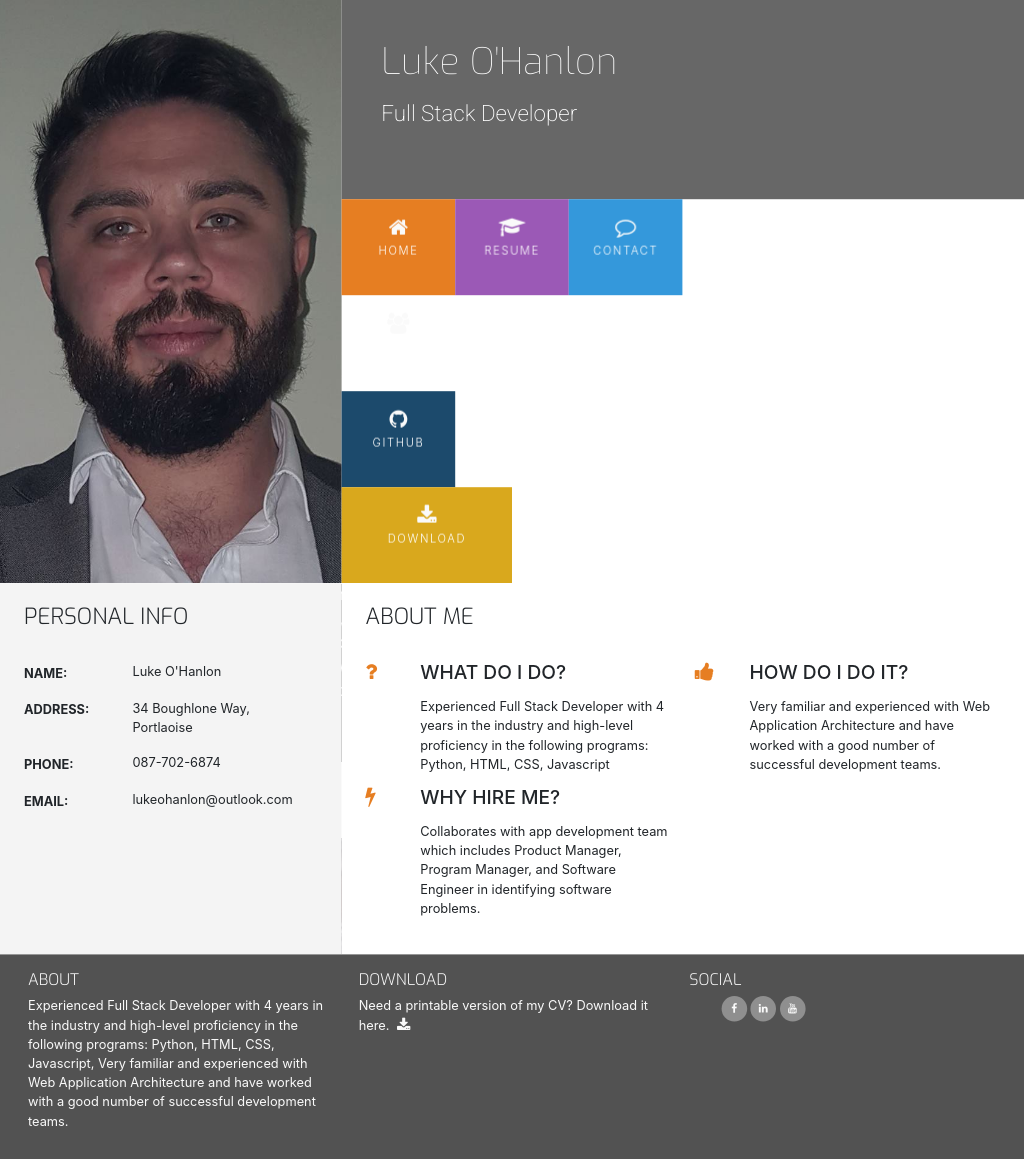
Repository: luke0han/my-resume
Page: index.html
The author's editor kept a record of every edit. The page is drawn from the files as they stood at one moment, then again after the next edit.
The browser window is 1280 px wide. The pictures show the whole page, at 80% of full size.

Above is the page before.

After the next edit:
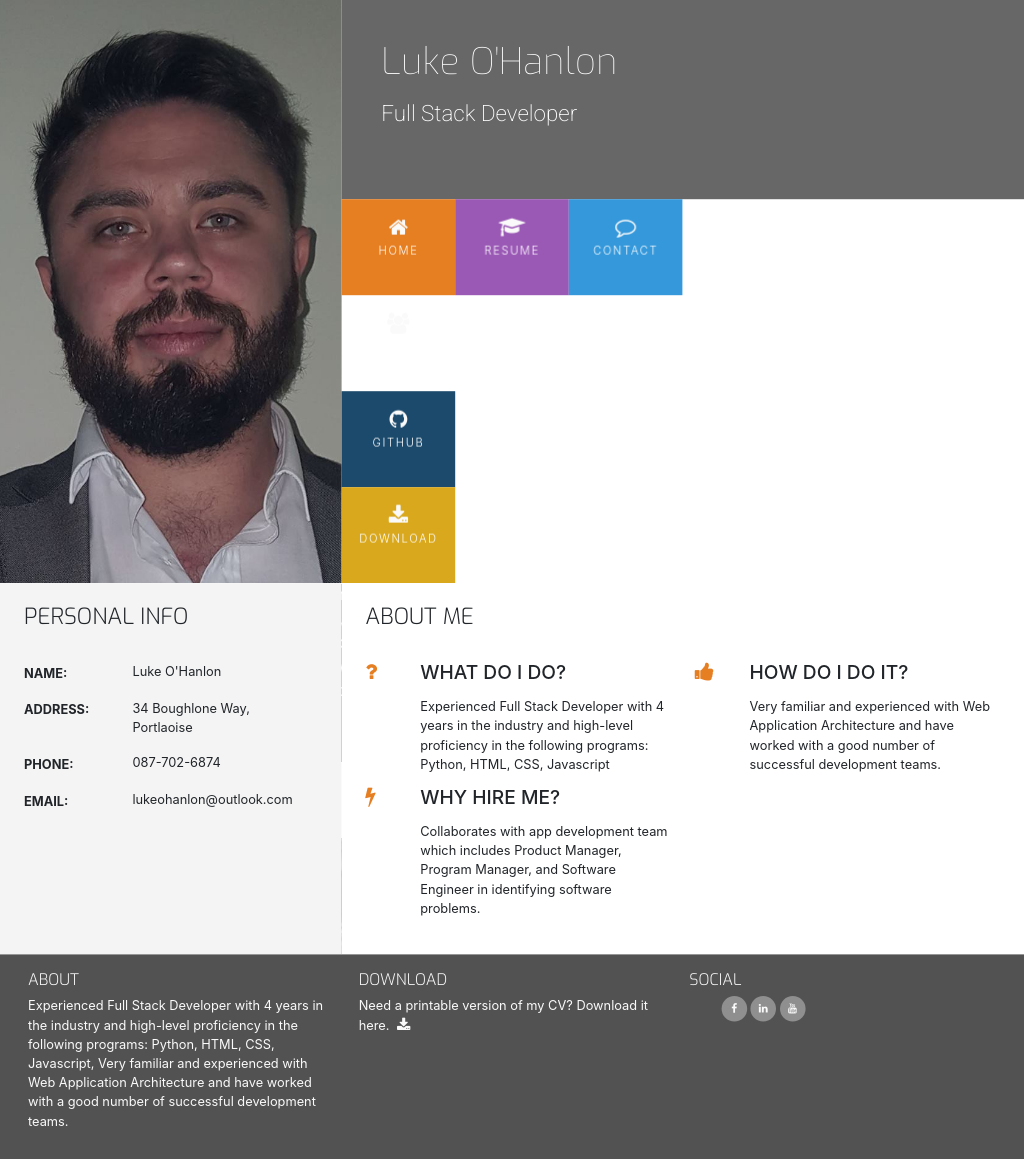
The edit:
--- a/index.html
+++ b/index.html
@@ -44,7 +44,7 @@
                             <li class="col-xs-6 col-sm-2 ui-menu-color-github menuitem">
                                 <a href="github.html" class="hvr-sweep-to-bottom"><i class="fa fa-github" aria-hidden="true"></i><span>GitHub</span></a>
                             </li>
-                            <li class="col-6 col-sm-3 ui-menu-color-download list-inline-item menuitem">
+                            <li class="col-6 col-sm-2 ui-menu-color-download list-inline-item menuitem">
                                 <a href="assets/cv/sample-cv.pdf" target="_blank" class="hvr-sweep-to-bottom"><i class="fa fa-download" aria-hidden="true"></i><span>Download</span></a>
                             </li>
                         </ul>
